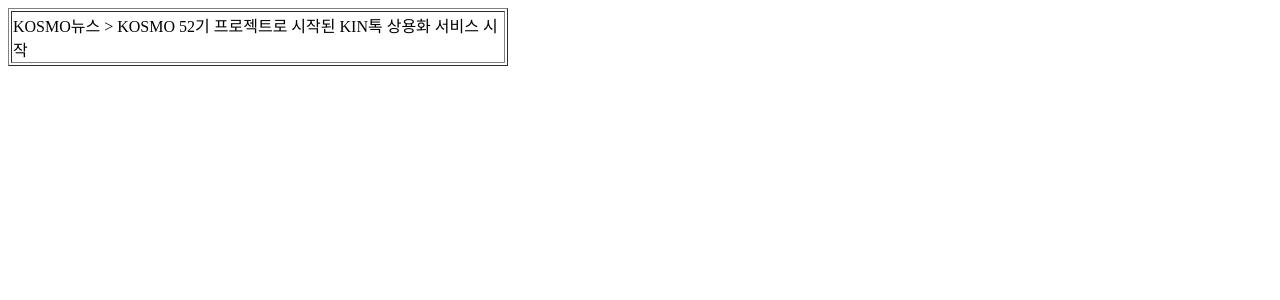
Repository: 8kosmo/workspace_script
Page: http://localhost/dev_html/ajax/news/newsData.jsp
An editor plug-in stored every save of this project. The page is shown before and after the next save, followed by the edit.
The browser window is 1280 px wide. The pictures show the whole page.
The page is served by Tomcat 9. Other server files are loaded and not shown.

Above is the page before, as saved 2019-07-03 02:58:35.

### dev_html/WebContent/ajax/news/newsData.jsp
<%@ page language="java" contentType="text/html; charset=UTF-8"
    pageEncoding="UTF-8"%>
<%!
	int x = 1;
	public String newsList(String news[]){
		StringBuilder sb = new StringBuilder();
		sb.append("<table width = '500px' border='1'>");
		sb.append("<tr><td>"+news[0]+" > "+news[1]+"</td></tr>");
		sb.append("</table>");
		return sb.toString();
	}
%>
<%
	String news1[] = {"KOSMO뉴스","KOSMO 52기 프로젝트로 시작된 KIN톡 상용화 서비스 시작"};
	String news2[] = {"KOSMO뉴스","김정은 알코올홀릭에서 코딩홀릭으로..."};
	String news3[] = {"KOSMO뉴스","정재현 식권100장으로 중도탈락 벗어나 취업까지 성공일기"};
	String news4[] = {"KOSMO뉴스","KOSMO 52기 현태호 정보처리기사'취득' 7전8기 성공비결 밝혀내.."};
	String news5[] = {"KOSMO뉴스","김리아 DVD대여점 시스템설계에 차질이 생겨 오픈 늦어져.."};
	String datas = "";
	switch(x){
	case 1:
		datas = newsList(news1);
		x++;
		break;
	case 2:
		datas = newsList(news2);
		x++;
		break;
	case 3:
		datas = newsList(news3);
		x++;
		break;
	case 4:
		datas = newsList(news4);
		x++;
		break;
	case 5:
		datas = newsList(news5);//메소드 호출시 파라미터로 뉴스 정보 넘김.
		x=1;//기사 내보낸 후 다음 기사 정보를 가져오기 위해서 1씩 증가시킴
		break;//case문을 탈출함. 다음 조건으로 넘어가면 안되니까
	}//end of switch
	//이전요청에서 가지고 있던 정보 지우기
	//아래코드를 생략하면 이전 정보를 계속 유지하므로 새로운 기사 처리 안됨.
	out.clear();
	//새로 읽어들인 정보 출력하기
	out.print(datas);
%>

After the next save:
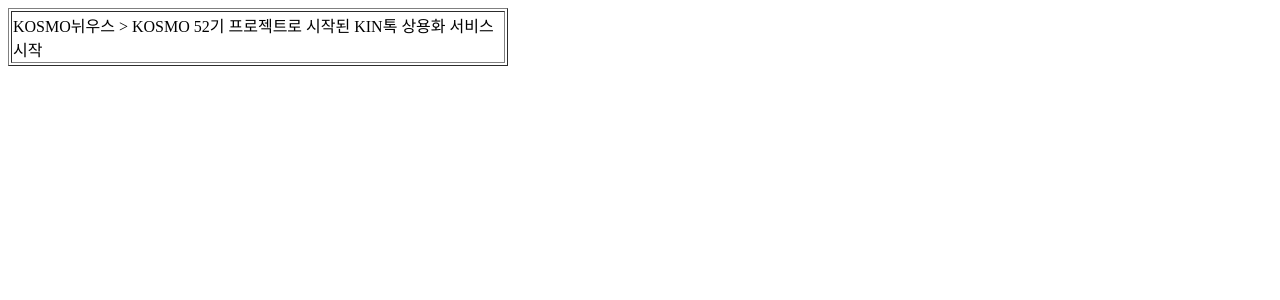
Saved 42 s later.
--- a/dev_html/WebContent/ajax/news/newsData.jsp
+++ b/dev_html/WebContent/ajax/news/newsData.jsp
@@ -11,11 +11,11 @@
 	}
 %>
 <%
-	String news1[] = {"KOSMO뉴스","KOSMO 52기 프로젝트로 시작된 KIN톡 상용화 서비스 시작"};
-	String news2[] = {"KOSMO뉴스","김정은 알코올홀릭에서 코딩홀릭으로..."};
-	String news3[] = {"KOSMO뉴스","정재현 식권100장으로 중도탈락 벗어나 취업까지 성공일기"};
-	String news4[] = {"KOSMO뉴스","KOSMO 52기 현태호 정보처리기사'취득' 7전8기 성공비결 밝혀내.."};
-	String news5[] = {"KOSMO뉴스","김리아 DVD대여점 시스템설계에 차질이 생겨 오픈 늦어져.."};
+	String news1[] = {"KOSMO뉘우스","KOSMO 52기 프로젝트로 시작된 KIN톡 상용화 서비스 시작"};
+	String news2[] = {"KOSMO뉘우스","김정은 알코올홀릭에서 코딩홀릭으로..."};
+	String news3[] = {"KOSMO뉘우스","정재현 식권100장으로 중도탈락 벗어나 취업까지 성공일기"};
+	String news4[] = {"KOSMO뉘우스","KOSMO 52기 현태호 정보처리기사'취득' 7전8기 성공비결 밝혀내.."};
+	String news5[] = {"KOSMO뉘우스","김리아 DVD대여점 시스템설계에 차질이 생겨 오픈 늦어져.."};
 	String datas = "";
 	switch(x){
 	case 1:
@@ -35,7 +35,7 @@
 		x++;
 		break;
 	case 5:
-		datas = newsList(news5);//메소드 호출시 파라미터로 뉴스 정보 넘김.
+		datas = newsList(news5);//메소드 호출시 파라미터로 뉘우스 정보 넘김.
 		x=1;//기사 내보낸 후 다음 기사 정보를 가져오기 위해서 1씩 증가시킴
 		break;//case문을 탈출함. 다음 조건으로 넘어가면 안되니까
 	}//end of switch
